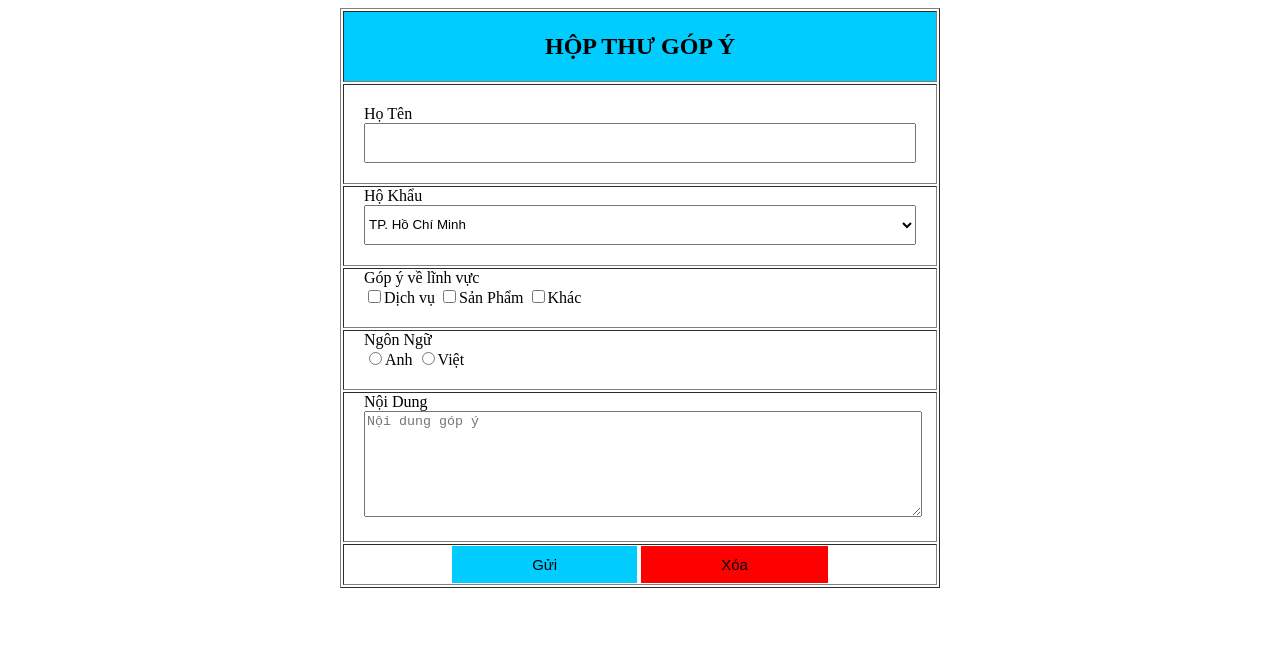
Repository: Tan-Khang21/TH_TKW--Buoi_04
Page: Bai_Tap_Ve_Nha/Bai_02/form8.html
The author's editor kept a copy of each file at every save. The page is drawn from the files as they stood at one save, then again after the next save.
The browser window is 1280 px wide. The pictures show the whole page.

Above is the page before, as saved 2024-03-07 16:43:38.

### Bai_Tap_Ve_Nha/Bai_02/form8.html
<!DOCTYPE html>
<html lang="en">
<head>
    <meta charset="UTF-8">
    <meta name="viewport" content="width=device-width, initial-scale=1.0">
    <title>Document</title>
</head>
<body>
    <form style="width: 600px; margin: 0 auto;" >
<table border="1px" style="width: 600px;">
    <tr>
        <th bgcolor="#00ccff"><h2 style="text-transform: uppercase;">hộp thư góp ý</h2></th>
    </tr>
    <tr>
        <td style="padding: 20px">
          <span>Họ Tên</span>
          <br />
          <input
            type="text"
            style="width: 100%; height: 40px; box-sizing: border-box"
          />
        </td>
      </tr>
      <tr>
        <td style="padding: 0px 20px 20px 20px">
          <span>Hộ Khẩu</span>
          <br />
          <select style="width: 100%; height: 40px; box-sizing: border-box">
            <option value="">TP. Hồ Chí Minh</option>
            <option value="">Đồng Nai</option>
            <option value="">Bến Tre</option>
          </select>
        </td>
      </tr>
      <tr>
        <td style="padding: 0px 20px 20px 20px">
          <span>Góp ý về lĩnh vực</span>
          <br />
          <input type="checkbox">Dịch vụ
          <input type="checkbox">Sản Phẩm
          <input type="checkbox">Khác
        </td>
      </tr>
      <tr>
        <td style="padding: 0px 20px 20px 20px">
          <span>Ngôn Ngữ</span>
          <br />
          <input type="radio" name="language">Anh
          <input type="radio" name="language">Việt
        </td>
      </tr>
      <tr>
        <td style="padding: 0px 20px 20px 20px">
          <span>Nội Dung</span>
          <br />
         <textarea placeholder="Nội dung góp ý" style="resize: vertical; width: 100%;height: 100px;"></textarea>
        </td>
      </tr>
      <tr>
        <th>
            <input type="button" value="Gửi" style="background-color:#00ccff; padding: 10px 80px; font-size: 15px; border: none;">
            <input type="button" value="Xóa" style="background-color:red; padding: 10px 80px; font-size: 15px; border: none;">
        </th>
      </tr>
</table>
    </form>
</body>
</html>

After the next save:
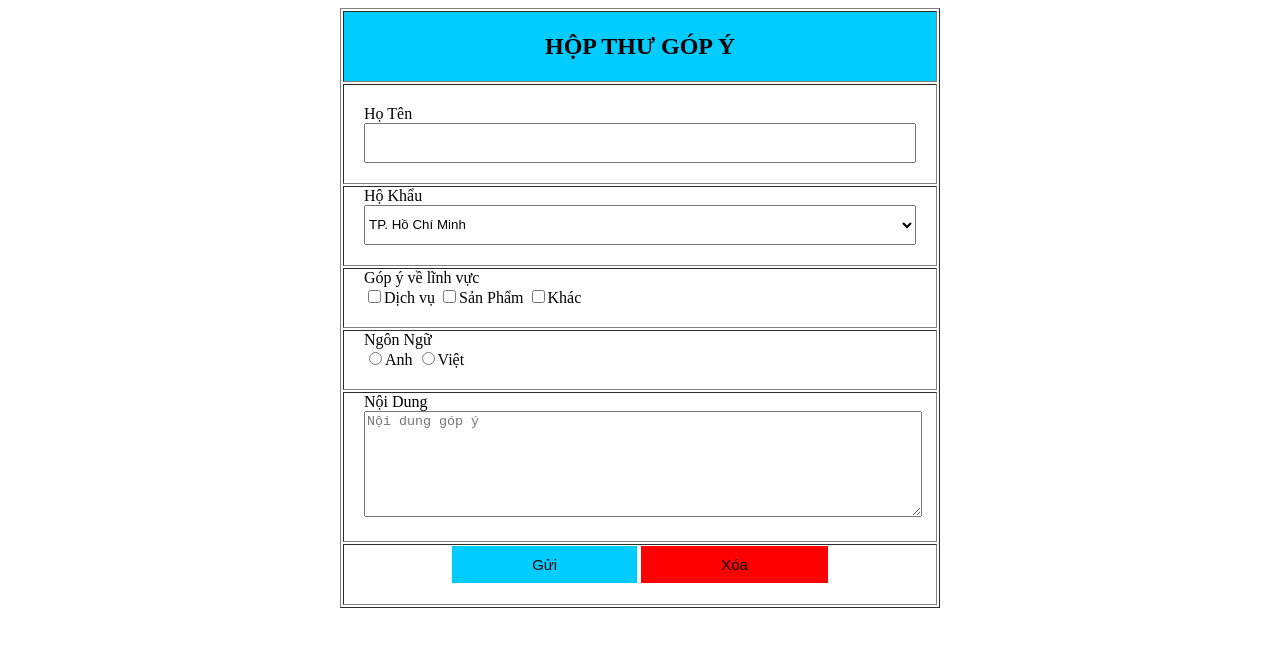
Saved 14 s later.
--- a/Bai_Tap_Ve_Nha/Bai_02/form8.html
+++ b/Bai_Tap_Ve_Nha/Bai_02/form8.html
@@ -59,7 +59,7 @@
       <tr>
         <th>
             <input type="button" value="Gửi" style="background-color:#00ccff; padding: 10px 80px; font-size: 15px; border: none;">
-            <input type="button" value="Xóa" style="background-color:red; padding: 10px 80px; font-size: 15px; border: none;">
+            <input type="button" value="Xóa" style="background-color:red; padding: 10px 80px; font-size: 15px; border: none; margin-bottom: 20px;">
         </th>
       </tr>
 </table>
